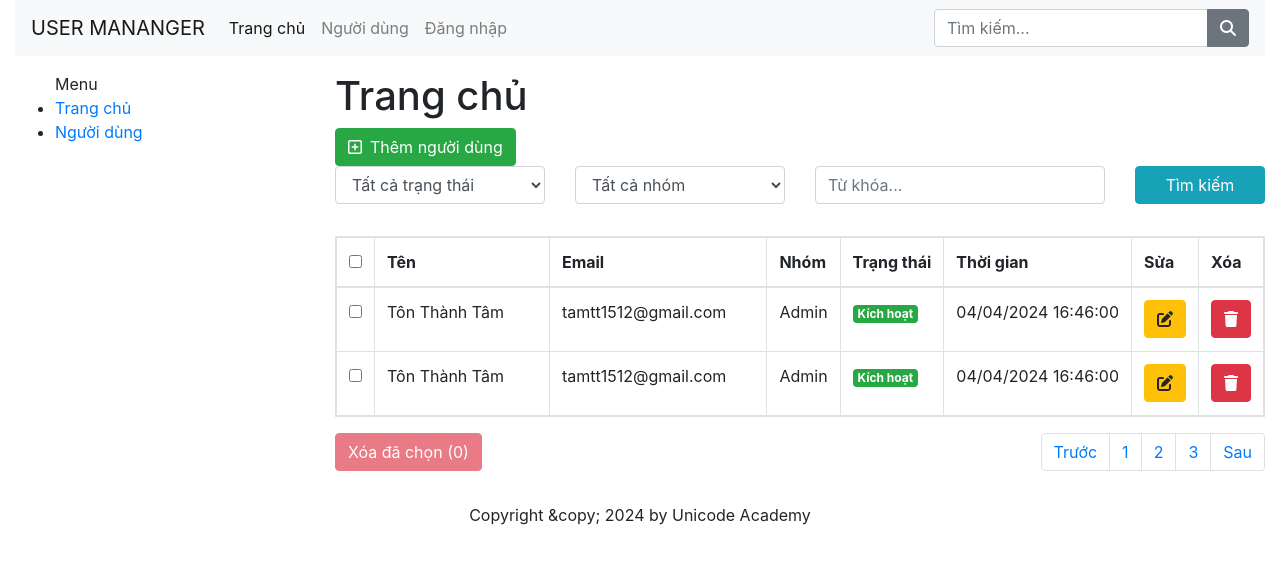
Repository: tam1512/USER_MANAGERMENT_MVC
Page: http://localhost/nguoi-dung
The author's editor kept a copy of each file at every save. The page is drawn from the files as they stood at one save, then again after the next save.
The browser window is 1280 px wide. The pictures show the whole page.
The page is run by PHP 8.4 with error messages shown; the project is at /var/www/html/.

Above is the page before, as saved 2024-04-04 17:01:30.

After the next save:
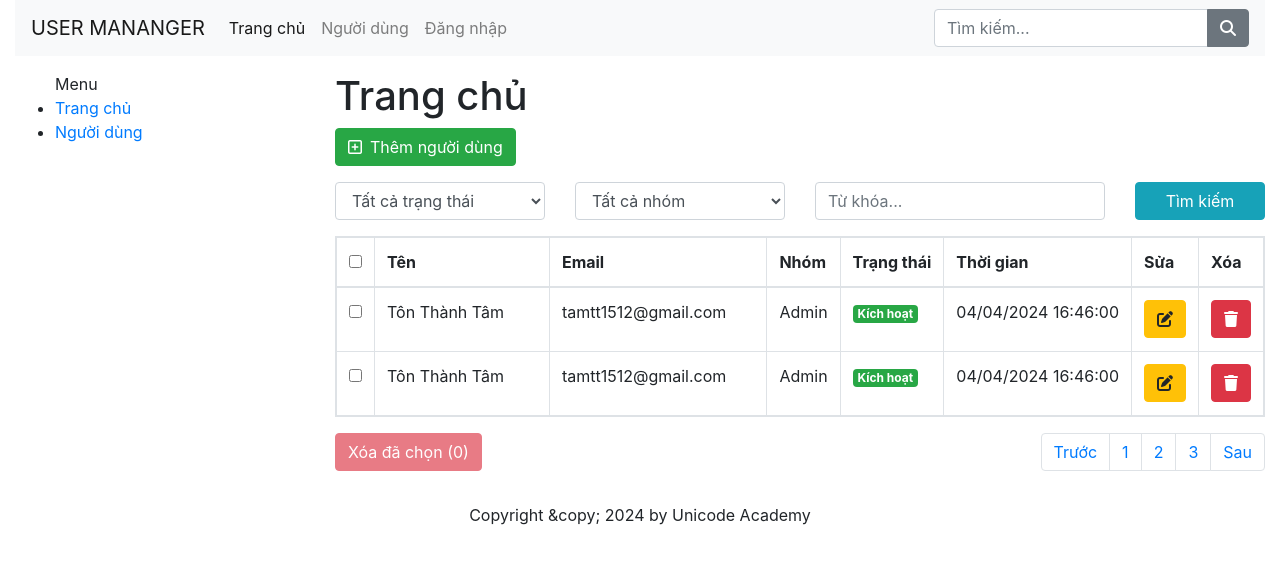
Saved 22 s later.
--- a/app/views/user/index.php
+++ b/app/views/user/index.php
@@ -1,10 +1,10 @@
 <div class="col-9">
    <h1>{{$title}}</h1>
    <div class="row mb-3">
-      <div class="col-12">
+      <div class="col-12 mb-3">
          <a href="#" class="btn btn-success"><i class="fa-regular fa-square-plus mr-2"></i>Thêm người dùng</a>
       </div>
-      <div class="col-12 mb-3">
+      <div class="col-12">
          <form action="" method="get">
             <div class="row">
                <div class="col-3">
